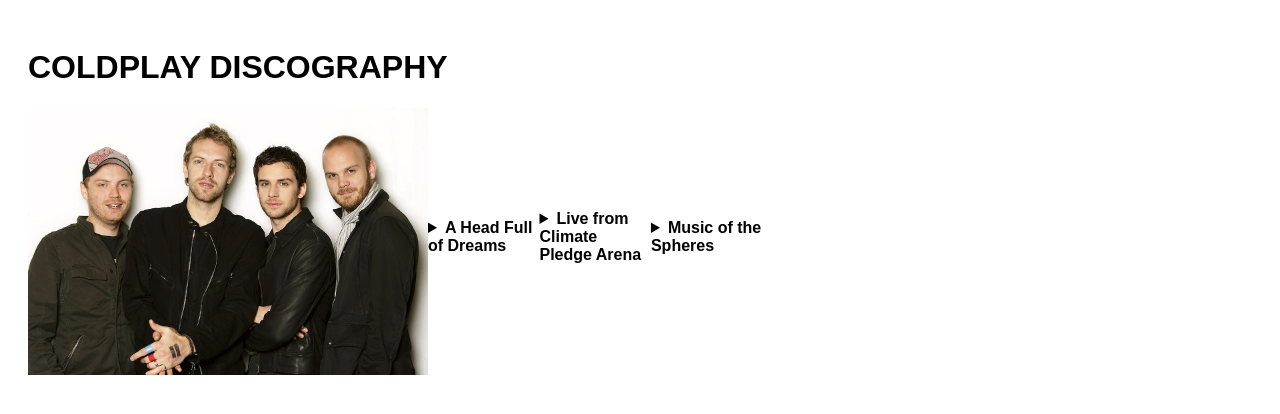
Repository: MelissaJacobi/Frontend-lab-1
Page: /
These files come from the project's save history. The page is drawn as it stood at one moment and after the next save; the edit follows.
The browser window is 1280 px wide. The pictures show the whole page.
The project was rebuilt for these pictures with package versions that can differ from the ones it lists, and the page was loaded fresh each time. Also part of the build but not shown: vite.config.js.

Above is the page before, as saved 2024-09-14 16:29:31.

### src/App.jsx
import React from 'react';
import './index.css';

function App() {
  return (
    <div className="app">
      <h1>COLDPLAY DISCOGRAPHY</h1>
      <div className='content'>
        <img className="band-img" src="/public/Coldplay-All-Members.jpg" alt="coldplay members"></img>
        <div className='accordion-container'>
          <details className="accordion">
            <summary className='accordion-header'>A Head Full of Dreams</summary>
              <p>A Head Full of Dreams</p>
              <p>Birds</p>
              <p>Hymn For the Weekend</p>
              <p>Everglow</p>
              <p>Adventure of a Lifetime</p>
              <p>Fun</p>
              <p>keleidoscope</p>
              <p>Army of One</p>
              <p>Amazing day</p>
              <p>Color Spectrum</p>
              <p>Up&Up</p>
              <p>Something just like this</p>
          </details>
          <details className="accordion">
            <summary className='accordion-header'>Live from Climate Pledge Arena</summary>
              <p>Viva la Vida</p>
              <p>Human Heart</p>
              <p>People of Pride</p>
              <p>Fix you</p>
          </details>
          <details className="accordion">
            <summary className='accordion-header'>Music of the Spheres</summary>
              <p>Music of the Spheres</p>
              <p>Higher power</p>
              <p>Humankind</p>
              <p>Alien Choir</p>
              <p>Let somebody go</p>
              <p>Biutyful</p>
              <p>my universe</p>
              <p>infinity sign</p>
              <p>Coloratura</p>
              <p>higher power</p>
              <p>My Universe</p>
            </details>
        </div>

      </div>
    </div>
  );
}

export default App;

### src/index.css
.app {
  font-family: sans-serif;
  padding: 20px;
}

.accordion {
  width: 100%;
  max-width: 600px;
  margin: 0 auto;
}

.band-img {
  width: 400px;
  height: 100%;
  margin: 0 auto;
}

.accordion-item {
  margin-bottom: 10px;
}

.accordion-header {
  font-weight: bold;
  margin: -0.5em -0.5em 0;
  padding: 0.5em;
}

.accordion-content {
  padding: 10px;
  background-color: #fff;
}

.accordion-header:hover {
  background-color: #e0e0e0;
}
.content {
  display: flex;
  width: 60%;
}
.accordion-container {
  display: flex;
  align-items: center;
}

Loaded but not shown: index.html (common file); src/main.jsx (common file)

After the next save:
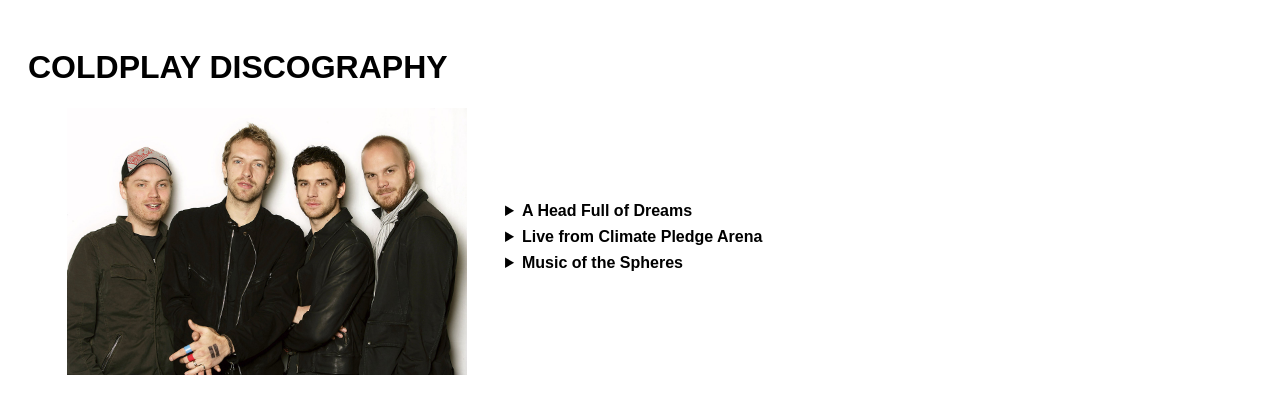
Saved 101 s later.
--- a/src/App.jsx
+++ b/src/App.jsx
@@ -8,7 +8,8 @@
       <div className='content'>
         <img className="band-img" src="/public/Coldplay-All-Members.jpg" alt="coldplay members"></img>
         <div className='accordion-container'>
-          <details className="accordion">
+          <div>
+            <details className="accordion">
             <summary className='accordion-header'>A Head Full of Dreams</summary>
               <p>A Head Full of Dreams</p>
               <p>Birds</p>
@@ -22,28 +23,30 @@
               <p>Color Spectrum</p>
               <p>Up&Up</p>
               <p>Something just like this</p>
-          </details>
-          <details className="accordion">
-            <summary className='accordion-header'>Live from Climate Pledge Arena</summary>
-              <p>Viva la Vida</p>
-              <p>Human Heart</p>
-              <p>People of Pride</p>
-              <p>Fix you</p>
-          </details>
-          <details className="accordion">
-            <summary className='accordion-header'>Music of the Spheres</summary>
-              <p>Music of the Spheres</p>
-              <p>Higher power</p>
-              <p>Humankind</p>
-              <p>Alien Choir</p>
-              <p>Let somebody go</p>
-              <p>Biutyful</p>
-              <p>my universe</p>
-              <p>infinity sign</p>
-              <p>Coloratura</p>
-              <p>higher power</p>
-              <p>My Universe</p>
             </details>
+            <details className="accordion">
+              <summary className='accordion-header'>Live from Climate Pledge Arena</summary>
+                <p>Viva la Vida</p>
+                <p>Human Heart</p>
+                <p>People of Pride</p>
+                <p>Fix you</p>
+            </details>
+            <details className="accordion">
+              <summary className='accordion-header'>Music of the Spheres</summary>
+                <p>Music of the Spheres</p>
+                <p>Higher power</p>
+                <p>Humankind</p>
+                <p>Alien Choir</p>
+                <p>Let somebody go</p>
+                <p>Biutyful</p>
+                <p>my universe</p>
+                <p>infinity sign</p>
+                <p>Coloratura</p>
+                <p>higher power</p>
+                <p>My Universe</p>
+            </details>
+          </div>
+
         </div>
 
       </div>
